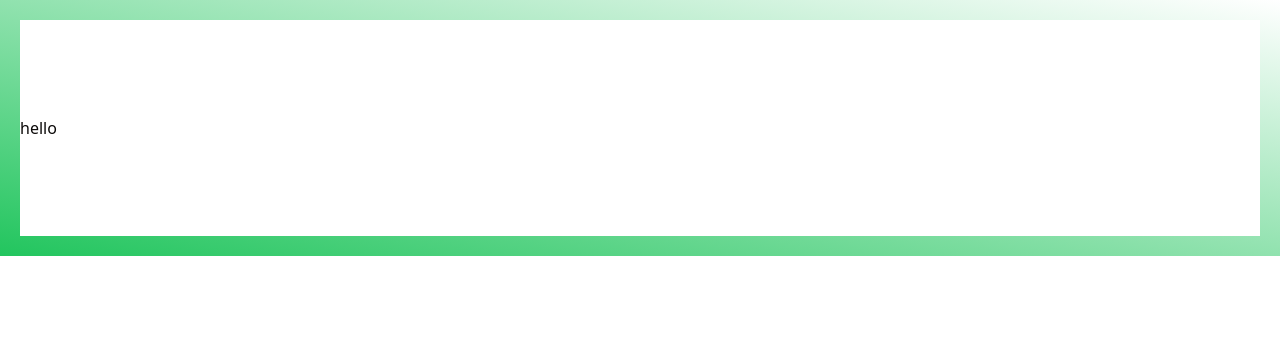
Repository: ankur28/chat-with-pdf
Page: /
An editor plug-in stored every save of this project. The page is shown before and after a run of saves, followed by the edit.
The browser window is 1280 px wide. The pictures show the whole page.
The project was rebuilt for these pictures with package versions that can differ from the ones it lists, and the page was loaded fresh each time. Some packages were replaced by stand-ins written for this rebuild. The framework's server and built-in components were replaced by stand-ins that run in the browser. Also part of the build but not shown: next.config.js, next.config.mjs.

Above is the page before, as saved 2024-07-24 17:26:44.

After the next 2 saves:
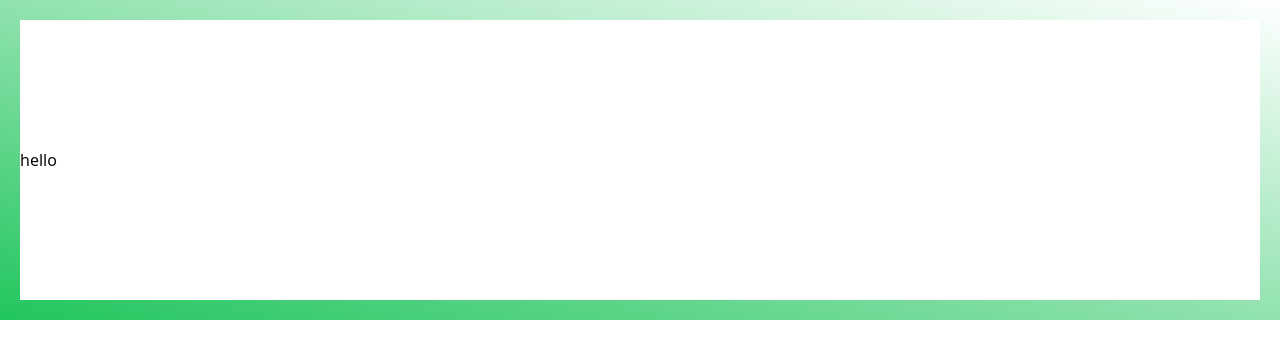
The 2 saves are shown as one change because they came seconds apart.
The last was saved 8 s later.
--- a/app/page.tsx
+++ b/app/page.tsx
@@ -51,7 +51,7 @@
 export default function Home() {
   return (
     <main className="overflow-scroll p-2 lg:p-5 bg-gradient-to-bl from-white to-green-500">
-      <div className="bg-white py-24">
+      <div className="bg-white py-24 sm:py-32">
         <div>
           hello
         </div>
